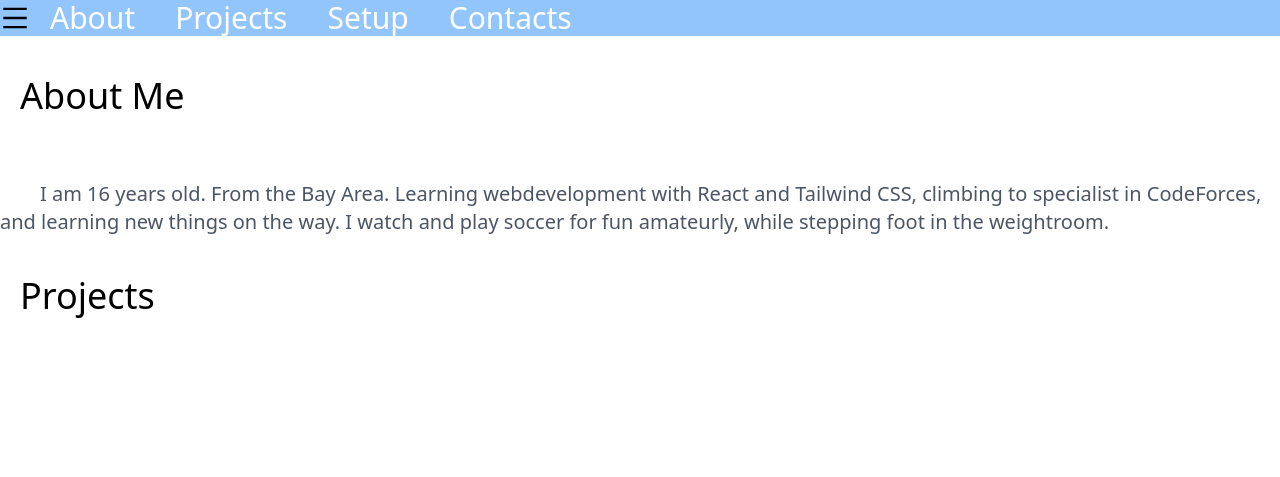
Repository: joshuayanggithub/joshua-yang-website
Page: /
The author's editor kept a copy of each file at every save. The page is drawn from the files as they stood at one save, then again after the next save.
The browser window is 1280 px wide. The pictures show the whole page.
The project was rebuilt for these pictures with package versions that can differ from the ones it lists, and the page was loaded fresh each time.

Above is the page before, as saved 2023-01-06 22:33:03.

After the next save:
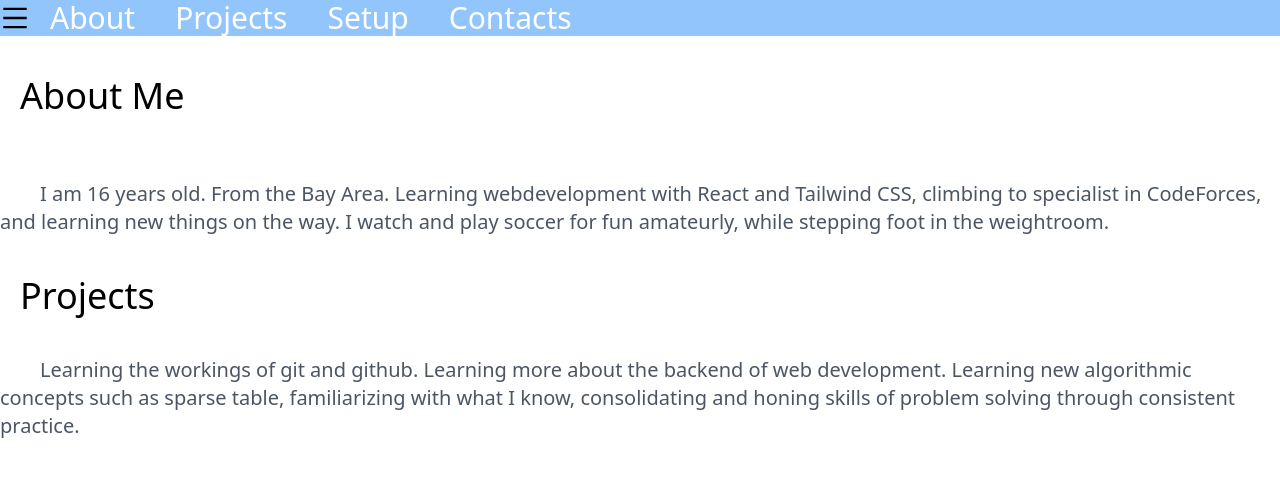
Saved 91 s later.
--- a/src/components/Projects.jsx
+++ b/src/components/Projects.jsx
@@ -5,7 +5,7 @@ const Projects = () => {
     <div class="flex flex-col">
       <h1 class="text-black text-4xl float-left px-5 my-10">Projects</h1>
       <p class="indent-10 text-gray-600 text-xl">
-
+        Learning the workings of git and github. Learning more about the backend of web development. Learning new algorithmic concepts such as sparse table, familiarizing with what I know,  consolidating and honing skills of problem solving through consistent practice.
       </p>
     </div>
   );
